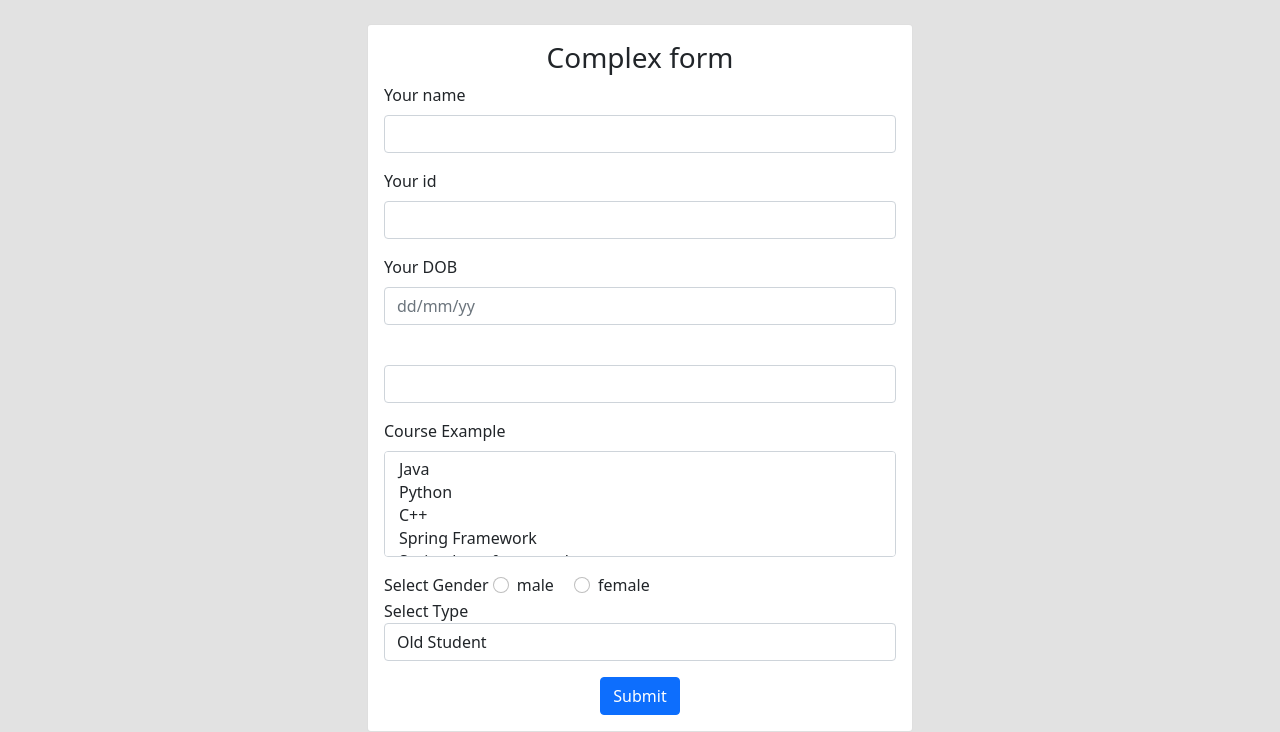
Repository: himanshurai26/Spring-Framewrok-code-
Page: http://localhost/SpringMvcSearch/WEB-INF/views/complex-form.jsp
The author's editor kept a copy of each file at every save. The page is drawn from the files as they stood at one save, then again after the next save.
The browser window is 1280 px wide. The pictures show the whole page.
The page is served by Tomcat 9. Nobody is signed in. The template is opened directly, without the code that normally fills it, so the values that code supplies are empty.

Above is the page before, as saved 2023-07-28 16:55:47.

After the next save:
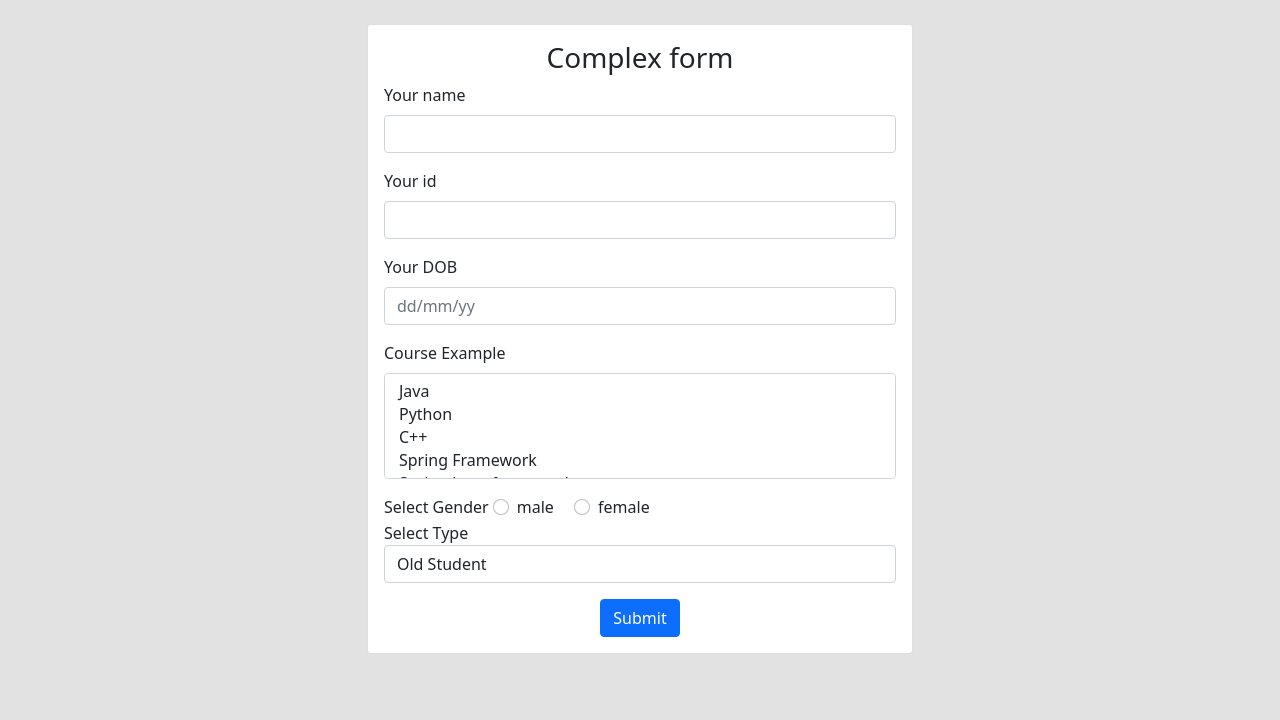
Saved 5 min 3 s later.
--- a/SpringMVC/SpringMvcSearch/src/main/webapp/WEB-INF/views/complex-form.jsp
+++ b/SpringMVC/SpringMvcSearch/src/main/webapp/WEB-INF/views/complex-form.jsp
@@ -24,23 +24,23 @@
    <form action="handleform"  method="posr" >
   <div class="mb-3">
     <label for="exampleInputEmail1" class="form-label">Your name</label>
-    <input type="email" class="form-control" id="exampleInputEmail1" name="name" aria-describedby="emailHelp">
+    <input type="text" class="form-control" id="exampleInputEmail1" name="name" aria-describedby="emailHelp">
     </div>
 
   <div class="mb-3">
     <label for="exampleInputId" class="form-label">Your id</label>
-    <input type="password" class="form-control" id="exampleInputPassword1" name="id">
+    <input type="text" class="form-control" id="exampleInputPassword1" name="id">
   </div>
 
   <div class="mb-3">
     <label for="exampleInputEmail1" class="form-label">Your DOB</label>
-    <input type="email" class="form-control" id="exampleInputEmail1" name="dob"  placeholder="dd/mm/yy" aria-describedby="emailHelp">
+    <input type="text" class="form-control" id="exampleInputEmail1" name="dob"  placeholder="dd/mm/yy" aria-describedby="emailHelp">
     </div>
 
-    <div class="mb-3">
+  <!--   <div class="mb-3">
     <label for="exampleInputEmail1" class="form-label"></label>
     <input type="email" class="form-control" id="exampleInputEmail1" name="name" aria-describedby="emailHelp">
-    </div>
+    </div> -->
 
     <div class="mb-3">
     <label for="formcontrolselect1" class="form-label">Course Example</label>

After the save that followed:
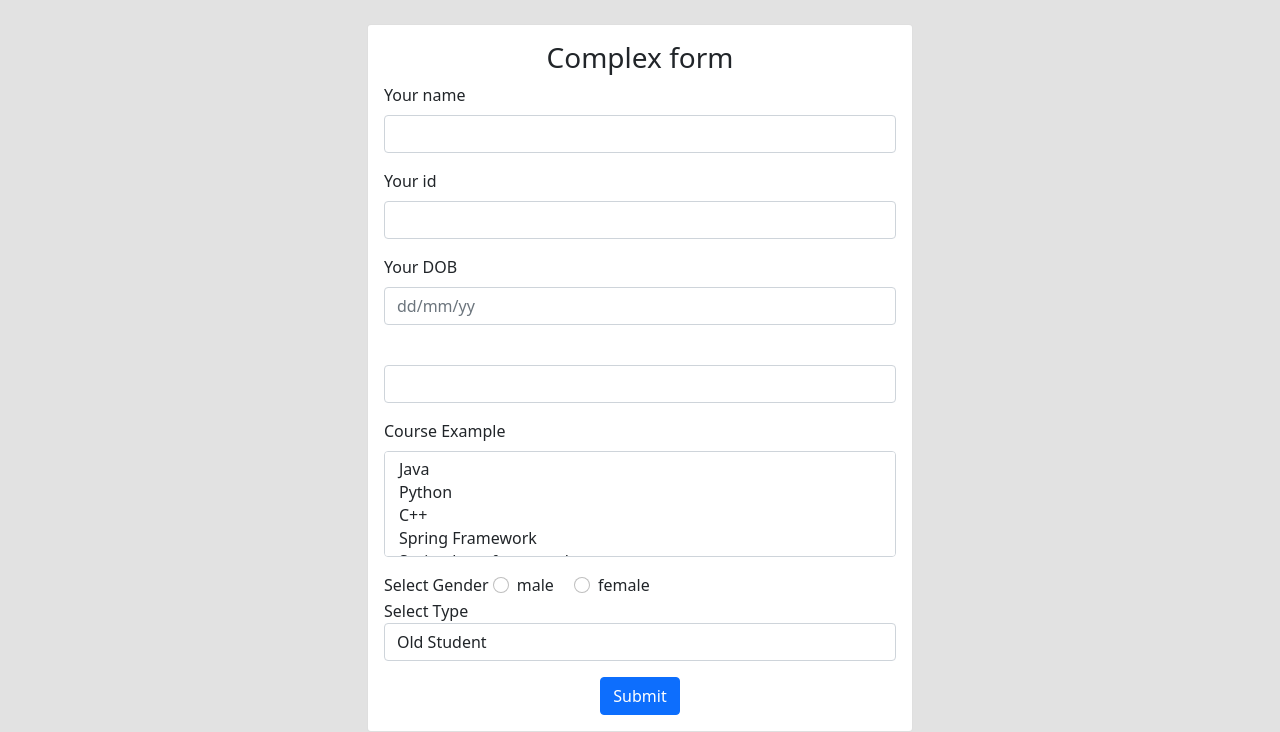
Saved 4 min 55 s later.
--- a/SpringMVC/SpringMvcSearch/src/main/webapp/WEB-INF/views/complex-form.jsp
+++ b/SpringMVC/SpringMvcSearch/src/main/webapp/WEB-INF/views/complex-form.jsp
@@ -37,10 +37,10 @@
     <input type="text" class="form-control" id="exampleInputEmail1" name="dob"  placeholder="dd/mm/yy" aria-describedby="emailHelp">
     </div>
 
-  <!--   <div class="mb-3">
+   <div class="mb-3">
     <label for="exampleInputEmail1" class="form-label"></label>
     <input type="email" class="form-control" id="exampleInputEmail1" name="name" aria-describedby="emailHelp">
-    </div> -->
+    </div>
 
     <div class="mb-3">
     <label for="formcontrolselect1" class="form-label">Course Example</label>
